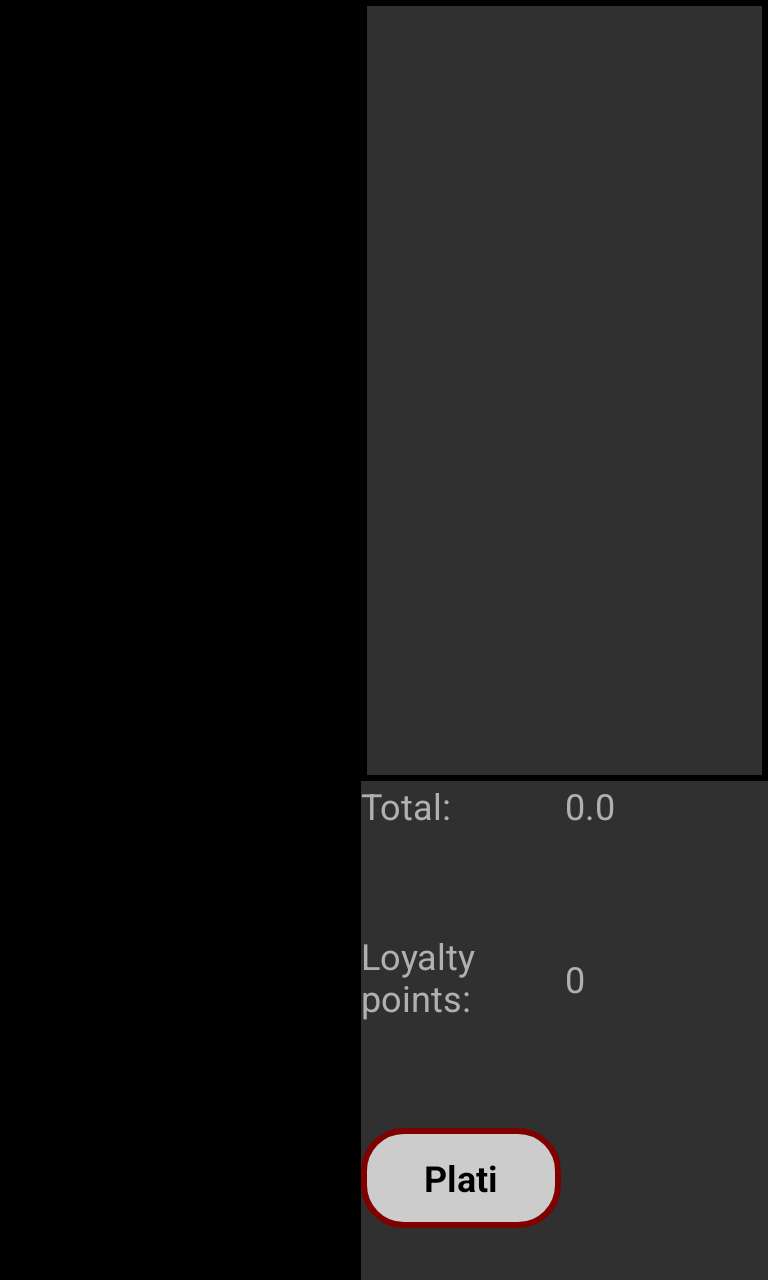
Repository: dzenisahusic/AndroidApp
Layout: Edit2014Sales/res/layout/fragment_kasa.xml
These files come from the project's save history. The layout is drawn as it stood at one moment and after the next save; the edit follows.
It is drawn on a 768 x 1280 px phone screen (xhdpi) without system bars, with theme AppTheme; the app's code is not run. Lists and similar views that code fills are empty.

Above is the layout before, as saved 2014-07-15 19:00:45.

### Edit2014Sales/res/layout/fragment_kasa.xml
<RelativeLayout xmlns:android="http://schemas.android.com/apk/res/android"
    xmlns:tools="http://schemas.android.com/tools"
    android:id="@+id/layoutKasa"
    android:layout_width="match_parent"
    android:layout_height="fill_parent"
    tools:context="${relativePackage}.${activityClass}" >

    <RelativeLayout
        android:layout_width="match_parent"
        android:layout_height="match_parent"
        android:layout_alignParentBottom="true"
        android:layout_alignParentLeft="true"
        android:layout_alignParentRight="true"
        android:layout_alignParentTop="true"
        >

        <!-- Glavni layout -->
        <LinearLayout
            android:layout_width="fill_parent"
            android:layout_height="fill_parent"
            android:layout_weight="6"
            android:shape="rectangle"
            android:color="#000000"
            android:layout_alignParentLeft="true"
            android:layout_alignParentTop="true"
            android:background="#000000" >

            <!-- Desni layout -->

            <LinearLayout
                android:layout_width="238dp"
                android:layout_height="fill_parent"
                android:layout_weight="3"

                android:orientation="vertical"
                >

                <ListView android:id="@+id/list"
                                    android:layout_width="fill_parent"
                                    android:layout_height="fill_parent"
                                    />


            </LinearLayout>

            <!-- Lijevi layout -->
            <LinearLayout
                android:layout_width="261dp"
                android:layout_height="fill_parent"
                android:background="#303030"
                android:orientation="vertical"
                android:layout_weight="3" >

                                <!-- Gornji layout -->

                <LinearLayout
                    android:layout_width="fill_parent"
                    android:layout_height="184dp"
                    android:layout_weight="2"

                    android:orientation="vertical"
                     android:background="@drawable/krug"
                     >

                    <ListView android:id="@+id/list_racun"
    android:layout_width="fill_parent"
    android:layout_height="fill_parent"
    android:divider="#FFFFFF"

        							android:dividerHeight="4px"/>

                </LinearLayout>

                                <!-- Donji layout -->

                <LinearLayout
                    android:layout_width="fill_parent"
                    android:layout_height="wrap_content"
                    android:layout_weight="1"
                    android:background="#303030"
                    android:orientation="horizontal" >

                    <LinearLayout
                        android:layout_width="fill_parent"
                        android:layout_height="match_parent"
                        android:layout_weight="0.5"
                        android:background="#303030"
                        android:orientation="vertical" >

                        <LinearLayout
                            android:layout_width="match_parent"
                            android:layout_height="wrap_content"
                            android:layout_weight="0.24"
                            android:orientation="vertical" >

                            <TextView
                                android:id="@+id/textTotal"
                                android:layout_width="wrap_content"
                                android:layout_height="wrap_content"
                                android:textColor="#B0B0B0"
                                android:text="Total:"
                                android:clickable="true"
                                 android:onClick = "onClickmyTextView"
                                android:textAppearance="?android:attr/textAppearanceMedium" />

                        </LinearLayout>

                        <LinearLayout
                            android:layout_width="match_parent"
                            android:layout_height="wrap_content"
                            android:layout_weight="0.25"
                            android:orientation="vertical" >

                            <TextView
                                android:id="@+id/textLoyalty"
                                android:layout_width="wrap_content"
                                android:layout_height="wrap_content"
                                android:textColor="#B0B0B0"
                                android:text="Loyalty points:"
                                android:textAppearance="?android:attr/textAppearanceMedium" />

                        </LinearLayout>

                    </LinearLayout>

                     <LinearLayout
                         android:layout_width="fill_parent"
                         android:layout_height="match_parent"
                         android:layout_weight="0.5"
                         android:background="#303030"
                         android:orientation="vertical" >

                         <LinearLayout
                             android:layout_width="match_parent"
                             android:layout_height="wrap_content"
                             android:layout_weight="0.25"
                             android:textColor="#B0B0B0"
                             android:orientation="vertical" >

                             <TextView
                                 android:id="@+id/total"
                                 android:layout_width="wrap_content"
                                 android:layout_height="wrap_content"
                                 android:text="0.0"
                                 android:textColor="#B0B0B0"
                                 android:textAppearance="?android:attr/textAppearanceMedium" />

                         </LinearLayout>

                         <LinearLayout
                             android:layout_width="match_parent"
                             android:layout_height="wrap_content"
                             android:layout_weight="0.25"
                             android:orientation="vertical" >

                             <TextView
                                 android:id="@+id/loyalty"
                                 android:layout_width="wrap_content"
                                 android:layout_height="wrap_content"
                                 android:textColor="#B0B0B0"
                                 android:text="0"
                                 android:textAppearance="?android:attr/textAppearanceMedium" />

                         </LinearLayout>


                    </LinearLayout>



                </LinearLayout>

  <LinearLayout
                             android:layout_width="match_parent"
                             android:layout_height="wrap_content"
                             android:layout_weight="0.25"
                             android:orientation="horizontal" >

      <Button
          android:id="@+id/plati"
          android:layout_width="100dp"
          android:layout_height="50dp"
          android:background="@drawable/rounded_corner_top"
          android:gravity="center"
          android:text="Plati"
          android:textStyle="bold" />

                         </LinearLayout>
            </LinearLayout>

        </LinearLayout>

    </RelativeLayout>

</RelativeLayout>

### Edit2014Sales/res/values/styles.xml
<resources>

    <!--
        Base application theme, dependent on API level. This theme is replaced
        by AppBaseTheme from res/values-vXX/styles.xml on newer devices.
    -->
    <style name="AppBaseTheme" parent="android:Theme.Light">
        <!--
            Theme customizations available in newer API levels can go in
            res/values-vXX/styles.xml, while customizations related to
            backward-compatibility can go here.
        -->
    </style>

    <!-- Application theme. -->
    <style name="AppTheme" parent="AppBaseTheme">
        <!-- All customizations that are NOT specific to a particular API-level can go here. -->
    </style>
 <style name="Animations" />

    <style name="Animations.PopDownMenu" />

    <style name="Animations.PopDownMenu.Left">
        <item name="@android:windowEnterAnimation">@anim/grow_from_topleft_to_bottomright</item>
        <item name="@android:windowExitAnimation">@anim/shrink_from_bottomright_to_topleft</item>
    </style>


    <style name="Animations.PopUpMenu" />

    <style name="Animations.PopUpMenu.Left">
        <item name="@android:windowEnterAnimation">@anim/grow_from_bottomleft_to_topright</item>
        <item name="@android:windowExitAnimation">@anim/shrink_from_topright_to_bottomleft</item>
    </style>
</resources>

### Edit2014Sales/res/drawable-hdpi/krug.xml
<?xml version="1.0" encoding="UTF-8"?>

  <shape xmlns:android="http://schemas.android.com/apk/res/android" android:shape="rectangle">
  <stroke
        android:width="3dp"
        android:color="#000000" >
    </stroke>
</shape>

### Edit2014Sales/res/drawable-hdpi/rounded_corner_top.xml
<?xml version="1.0" encoding="UTF-8"?>

  <shape xmlns:android="http://schemas.android.com/apk/res/android" android:shape="rectangle">
  <corners android:radius="20dp"/>
  <solid android:color="#CCCCCC"/>
  <stroke
        android:width="3dp"
        android:color="#800000" >
    </stroke>
</shape>

Loaded but not shown: Edit2014Sales/res/values-v11/styles.xml (common file); Edit2014Sales/res/values-v14/styles.xml (common file)

After the next save:
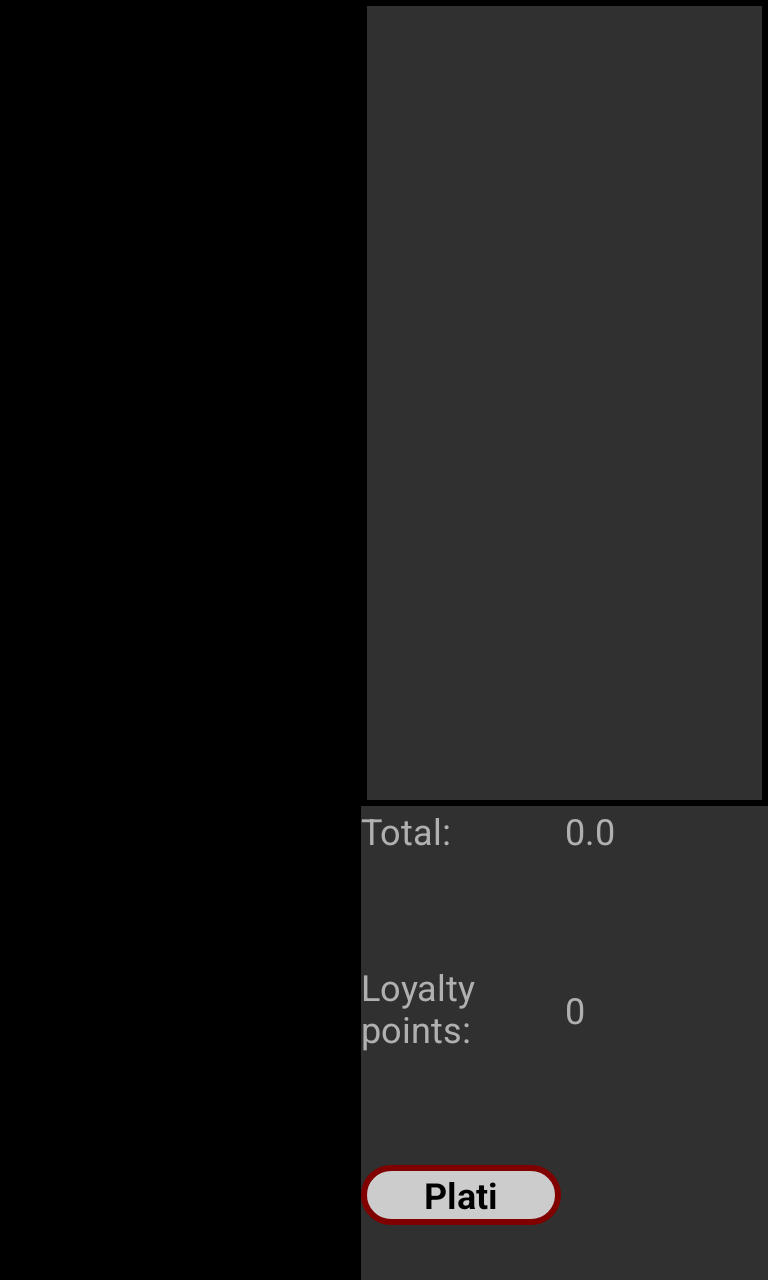
Saved 2 min 8 s later.
--- a/Edit2014Sales/res/layout/fragment_kasa.xml
+++ b/Edit2014Sales/res/layout/fragment_kasa.xml
@@ -179,7 +179,7 @@
       <Button
           android:id="@+id/plati"
           android:layout_width="100dp"
-          android:layout_height="50dp"
+          android:layout_height="30dp"
           android:background="@drawable/rounded_corner_top"
           android:gravity="center"
           android:text="Plati"
